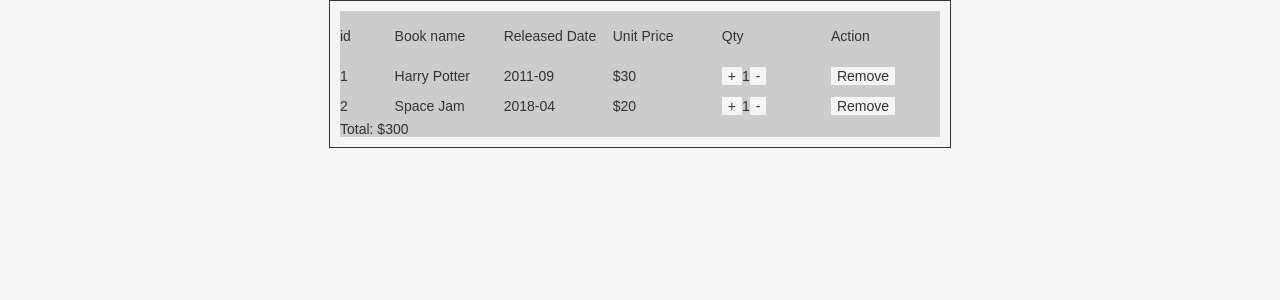
Repository: vgg1kkh/myBookStoreBasket
Page: /
The author's editor kept a copy of each file at every save. The page is drawn from the files as they stood at one save, then again after a run of saves.
The browser window is 1280 px wide. The pictures show the whole page.
The project was rebuilt for these pictures with package versions that can differ from the ones it lists, and the page was loaded fresh each time.

Above is the page before, as saved 2021-10-07 07:59:42.

After the next 2 saves:
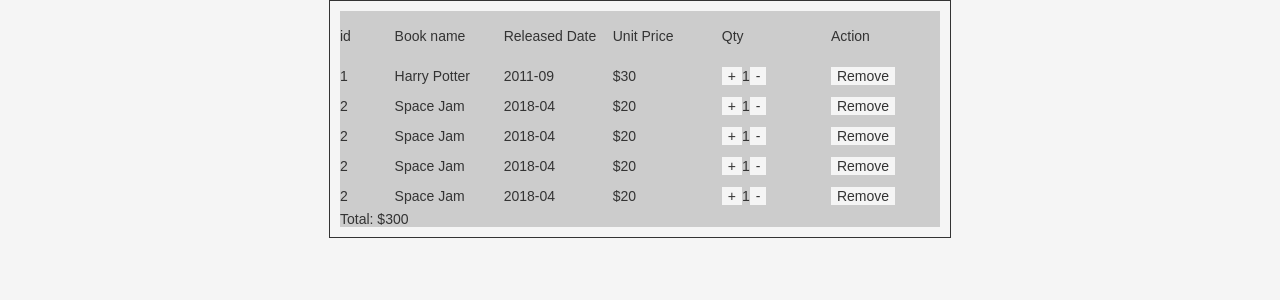
The 2 saves are shown as one change because they came seconds apart.
The last was saved 6 s later.
--- a/src/App.js
+++ b/src/App.js
@@ -56,7 +56,22 @@ function App() {
           </li>
           {
             bookList.map(item=>{
-              return
+              return(
+                <li className="item-wrapper">
+              <li className="item-column">2</li>
+              <li className="item-column">Space Jam</li>
+              <li className="item-column">2018-04</li>
+              <li className="item-column">$20</li>
+              <li className="item-column">
+                <button>+</button>
+                <span>1</span>
+                <button>-</button>
+              </li>
+              <li className="item-column">
+                <button>Remove</button>
+              </li>
+          </li>
+              )
             })
           }
           <div>Total: $300</div>
